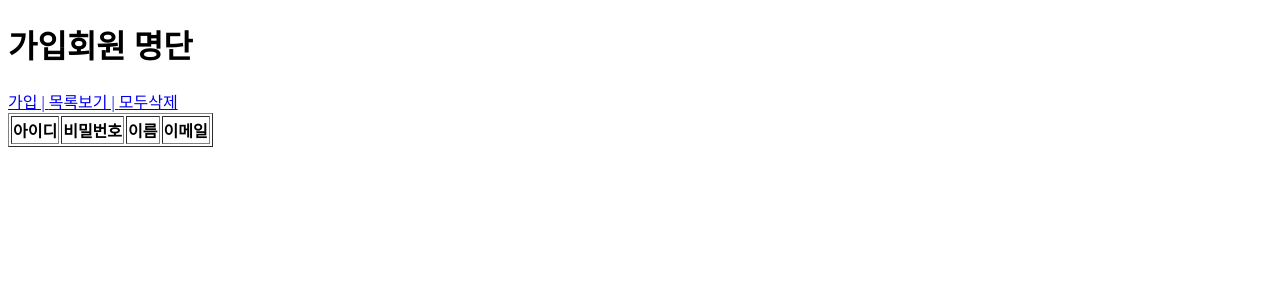
Repository: captainwk/webstudy
Page: http://localhost/a20_8_20/jdbc_select.jsp
An editor plug-in stored every save of this project. The page is shown before and after the next save, followed by the edit.
The browser window is 1280 px wide. The pictures show the whole page.
The page is served by Tomcat 9. Other server files are loaded and not shown. Queries for data that is not in the repository find no rows.

Above is the page before, as saved 2020-08-21 01:12:21.

### a20_8_20/WebContent/jdbc_select.jsp
<%@ page language="java" contentType="text/html; charset=UTF-8"
    pageEncoding="UTF-8"%>
<%@ page import="java.sql.*" %>
<!DOCTYPE html>
<html>
<head>
<meta charset="UTF-8">
<title>jdbc_select첫페이지</title>
</head>
<body>


<h1>가입회원 명단</h1>
<a href="insertForm.jsp">가입  | </a><a href="jdbc_select.jsp">목록보기  | </a><a href="deleteall.jsp">모두삭제</a><br/>
<table border="1">
	<tr>
		<th>아이디</th><th>비밀번호</th><th>이름</th><th>이메일</th>
	</tr>

<%
	String driver="oracle.jdbc.OracleDriver";
	String url = "jdbc:oracle:thin:@127.0.0.1:1521:xe";
	String user = "system";
	String password="123456";
	String sql = "select * from member";
	Connection conn = null;
	Statement stmt = null;
	ResultSet rs = null;


	Class.forName(driver);	//외부에 저장된 class 파일(드라이버클래스)을 현재페이지로 가져옴
	conn = DriverManager.getConnection(url, user, password);
	stmt = conn.createStatement(); //빈문장통;
	rs=stmt.executeQuery(sql);		//executeQuery(sql) --> select문장일때
	while(rs.next()){	//다음레코드
%>
<tr>
	<td><a href="updateForm.jsp?memberid=<%=rs.getString(1)%>"><%=rs.getString(1) %></a></td>
	<td><%=rs.getString(2) %></td>
	<td><%=rs.getString(3) %></td>
	<td><%=rs.getString(4) %></td>
</tr>
<%
}	//while문 중괄호 닫은 것
%>

</table>


<%-- <%=rs.getString("memberid") %> &nbsp;&nbsp;
<%=rs.getString("password") %>
<%=rs.getString("name") %>
<%=rs.getString("email") %><br/> --%>

</body>
</html>

After the next save:
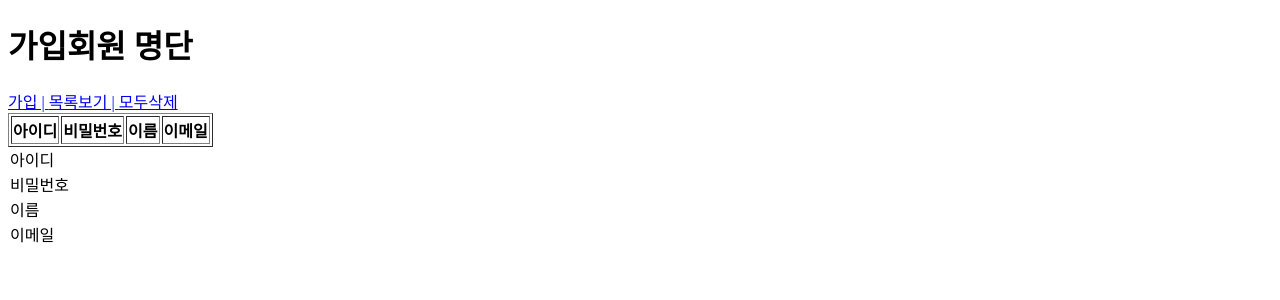
Saved 9 min 40 s later.
--- a/a20_8_20/WebContent/jdbc_select.jsp
+++ b/a20_8_20/WebContent/jdbc_select.jsp
@@ -40,17 +40,24 @@
 	<td><%=rs.getString(3) %></td>
 	<td><%=rs.getString(4) %></td>
 </tr>
+	<%-- <%=rs.getString("memberid") %> &nbsp;&nbsp;
+	<%=rs.getString("password") %>
+	<%=rs.getString("name") %>
+	<%=rs.getString("email") %><br/> --%>
 <%
 }	//while문 중괄호 닫은 것
 %>
 
 </table>
+<selection>
+	<option>아이디</option>
+	<option>비밀번호</option>
+	<option>이름</option>
+	<option>이메일</option>
+
+</selection>
 
 
-<%-- <%=rs.getString("memberid") %> &nbsp;&nbsp;
-<%=rs.getString("password") %>
-<%=rs.getString("name") %>
-<%=rs.getString("email") %><br/> --%>
 
 </body>
 </html>
